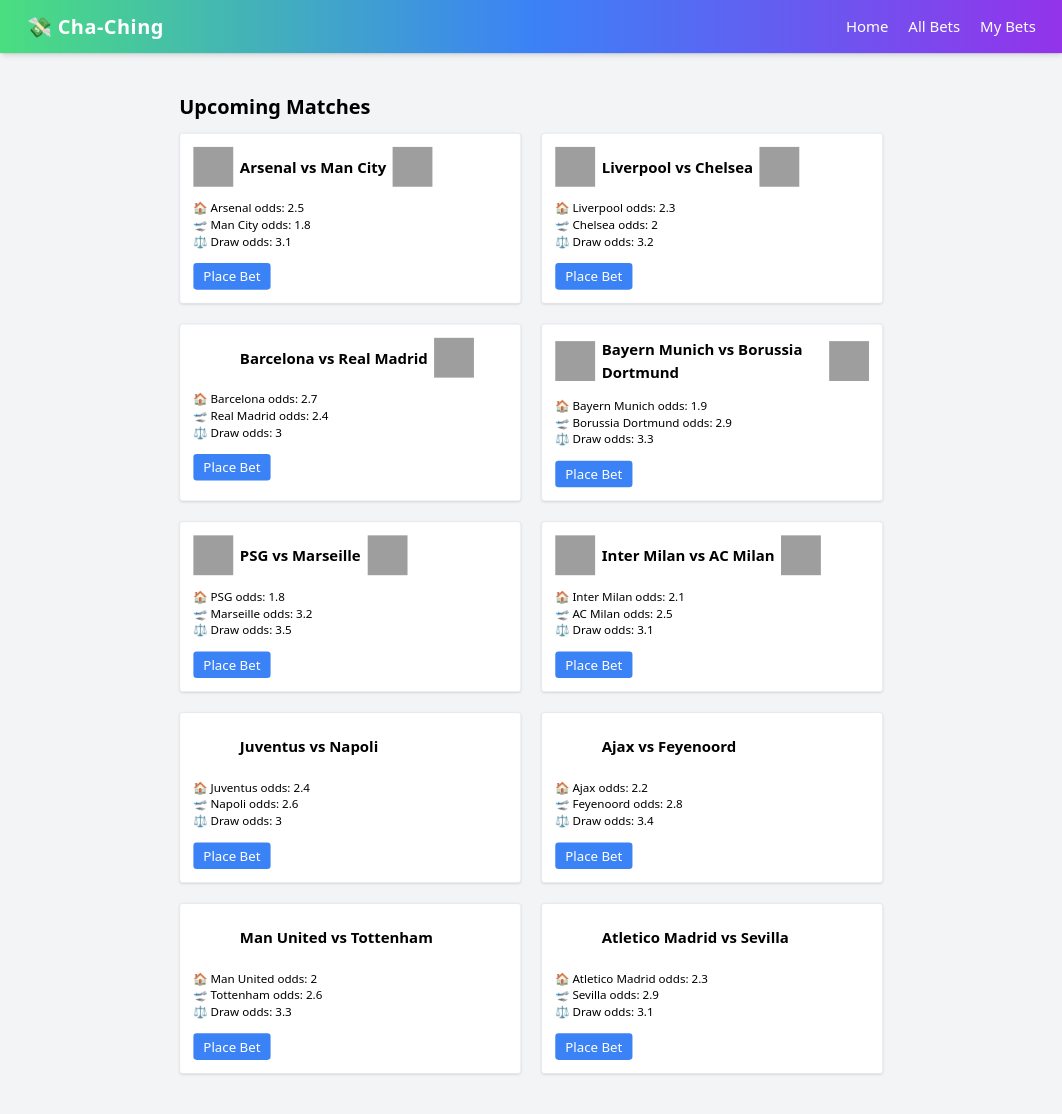
Repository: PEEZYBEE/cha-ching
Page: /bets
An editor plug-in stored every save of this project. The page is shown before and after the next save, followed by the edit.
The browser window is 1280 px wide. The pictures show the whole page, at 83% of full size.
Pictures or frames that could not be fetched are drawn as grey boxes. The project was rebuilt for these pictures with package versions that can differ from the ones it lists, and the page was loaded fresh each time. Requests to the local data server were answered from the project's data file. Also part of the build but not shown: vite.config.js, src/pages/HomePage.jsx, src/components/BetForm.jsx, src/pages/MyBetsPage.jsx, src/pages/ResultsPage.jsx.

Above is the page before, as saved 2025-04-20 16:54:57.

After the next save:
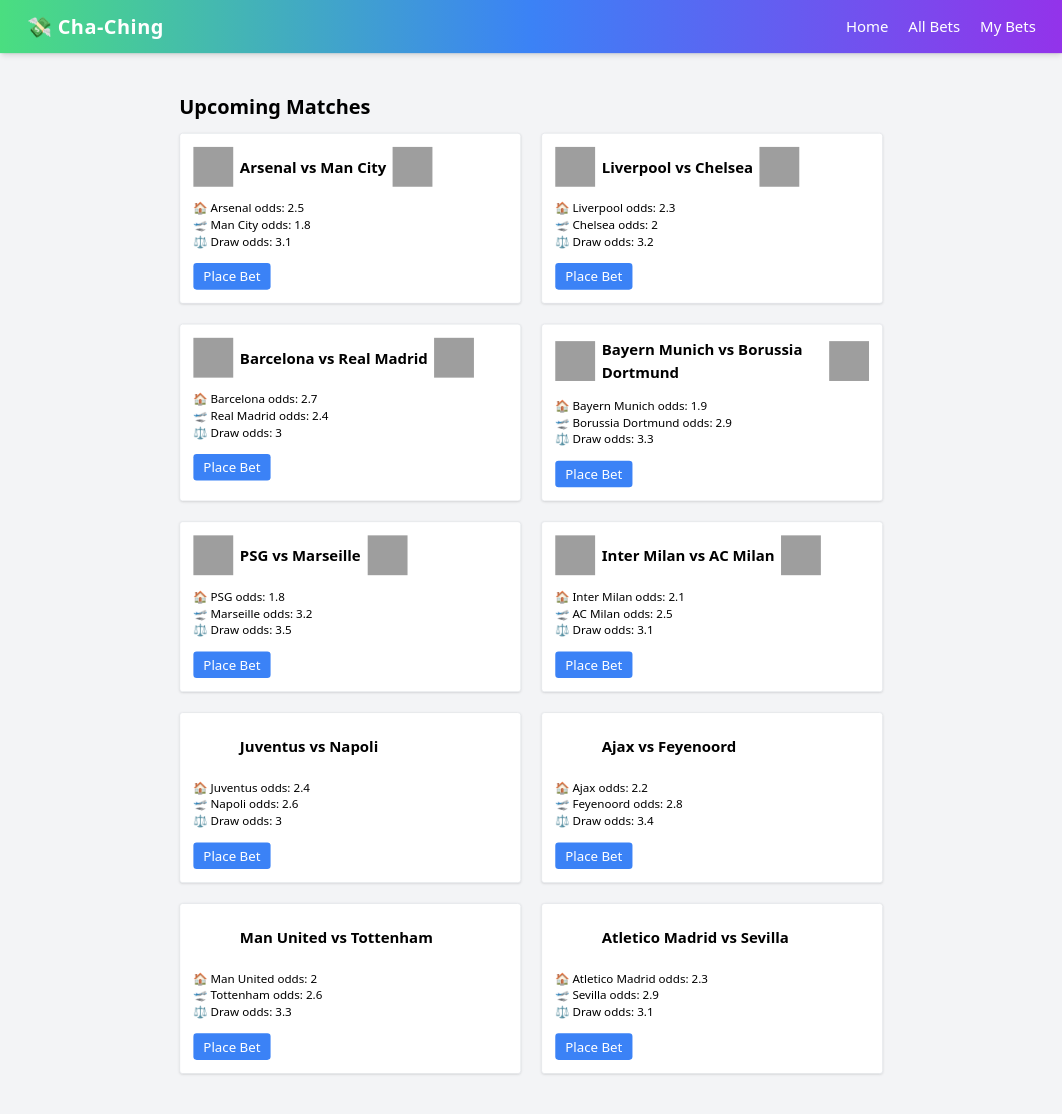
Saved 21 min 50 s later.
--- a/db.json
+++ b/db.json
@@ -25,7 +25,7 @@
     {
       "id": "3",
       "homeTeam": "Barcelona",
-      "homeTeamLogo": "",
+      "homeTeamLogo": "https://upload.wikimedia.org/wikipedia/en/thumb/4/47/FC_Barcelona_%28crest%29.svg/240px-FC_Barcelona_%28crest%29.svg.png",
       "awayTeam": "Real Madrid",
       "awayTeamLogo": "https://upload.wikimedia.org/wikipedia/en/5/56/Real_Madrid_CF.svg",
       "homeOdds": 2.7,
